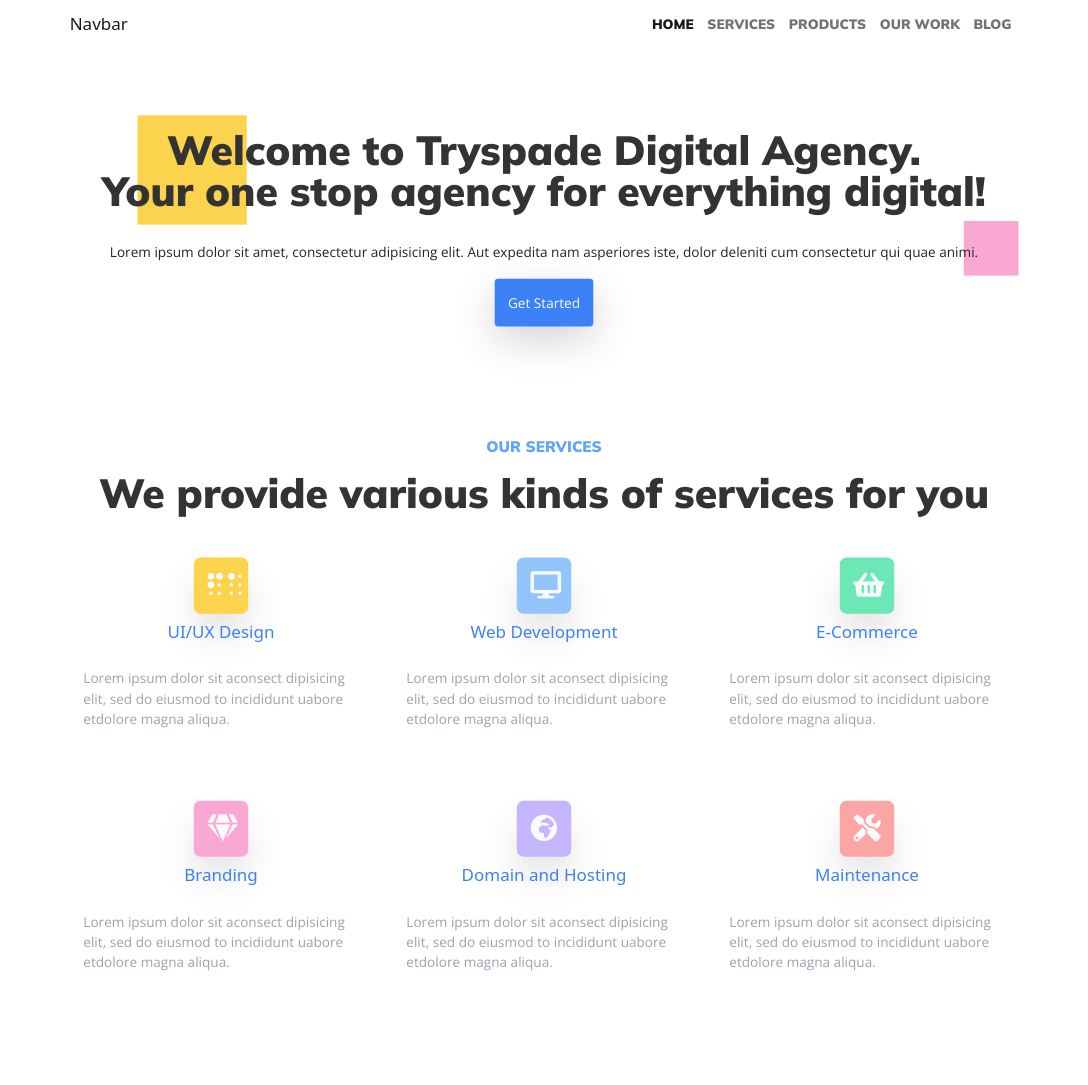
Repository: latenightsnacc/super-octo-fortnight
Page: index.html
These files come from the project's save history. The page is drawn as it stood at one moment and after the next save; the edit follows.
The browser window is 1280 px wide. The pictures show the whole page, at 85% of full size.
Some web libraries are served in a nearby version. The style sheet was rebuilt from its Sass, Less or Tailwind sources for each picture, by a compiler version that may differ from the author's.

Above is the page before, as saved 2021-01-29 13:44:13.

### index.html
<!DOCTYPE html>
<html lang="en">
<head>
    <meta charset="UTF-8">
    <meta name="viewport" content="width=device-width, initial-scale=1.0">
    <!--Tailwind 2.0.2-->
    <link href="https://cdnjs.cloudflare.com/ajax/libs/tailwindcss/2.0.2/tailwind.min.css" rel="stylesheet">
    <!--Font Awesome 5.15.1-->
    <link rel="stylesheet" href="https://cdnjs.cloudflare.com/ajax/libs/font-awesome/5.15.1/css/all.min.css" integrity="sha512-+4zCK9k+qNFUR5X+cKL9EIR+ZOhtIloNl9GIKS57V1MyNsYpYcUrUeQc9vNfzsWfV28IaLL3i96P9sdNyeRssA==" crossorigin="anonymous" />
    <!-- Bootstrap 5.0.0 Beta-->
    <link href="https://cdn.jsdelivr.net/npm/bootstrap@5.0.0-beta1/dist/css/bootstrap.min.css" rel="stylesheet" integrity="sha384-giJF6kkoqNQ00vy+HMDP7azOuL0xtbfIcaT9wjKHr8RbDVddVHyTfAAsrekwKmP1" crossorigin="anonymous" />
    <!-- UIkit CSS -->
    <link rel="stylesheet" href="https://cdn.jsdelivr.net/npm/uikit@3.6.9/dist/css/uikit.min.css" />
    <link rel="apple-touch-icon" sizes="180x180" href="/apple-touch-icon.png">
    <link rel="icon" type="image/png" sizes="32x32" href="/favicon-32x32.png">
    <link rel="icon" type="image/png" sizes="16x16" href="/favicon-16x16.png">
    <link rel="manifest" href="/site.webmanifest">
    <!--Custom Stylesheet-->
    <link rel="stylesheet" href="stylesheet/stylesheet.css">
    <title>TrySpade - Digital Agency</title>
</head>
<body class="overflow-x-hidden min-h-screen" >
    <main class="w-full mx-auto">
        <header>
            <nav class="navbar navbar-expand-lg navbar-light bg-transparent fixed-top">
                <div class="container">
                  <a class="navbar-brand" href="#">Navbar</a>
                  <button class="navbar-toggler" type="button" data-bs-toggle="collapse" data-bs-target="#navbarSupportedContent" aria-controls="navbarSupportedContent" aria-expanded="false" aria-label="Toggle navigation">
                    <span class="navbar-toggler-icon"></span>
                  </button>
                  <div class="collapse navbar-collapse" id="navbarSupportedContent">
                    <ul class="navbar-nav ml-auto mb-2 mb-lg-0">
                        <li class="nav-item">
                            <a class="nav-link active text-base uppercase" aria-current="page" href="#">Home</a>
                        </li>
                        <li class="nav-item">
                            <a class="nav-link text-base uppercase" href="#">services</a>
                        </li>
                        <li class="nav-item">
                            <a class="nav-link text-base uppercase" href="#">products</a>
                        </li>
                        <li class="nav-item">
                            <a class="nav-link text-base uppercase" href="#">our work</a>
                        </li>
                        <li class="nav-item">
                            <a class="nav-link text-base uppercase" href="#">blog</a>
                        </li>

                    </ul>
                  </div>
                </div>
            </nav>
        </header>
        <!--Banner-->
        <section id="banner" class="w-full h-80 mt-24 py-10">
            <div class="container">
                <div class="relative flex flex-col items-center h-auto">
                    <div class="z-10 text-black text-2xl text-center title"></div>
                    <h1 class="z-10 text-center my-3 leading-10 text-4xl md:text-5xl">Welcome to Tryspade Digital Agency. <br/>Your one stop agency for everything digital!</h1>
                    <p class="z-10 text-center">Lorem ipsum dolor sit amet, consectetur adipisicing elit. Aut expedita nam asperiores iste, dolor deleniti cum consectetur qui quae animi.</p>
                    <!--BOXES-->
                    <div class=" absolute top-0 left-20">
                        <div class="z-0 border-2 border-yellow-300 bg-yellow-300 w-32 h-32"></div>
                    </div>

                    <div class="absolute top-50 right-0">
                        <div class="z-0 border-2 border-pink-300 bg-pink-300 w-16 h-16"></div>
                    </div>
                    <div class="flex justify-center">
                        <button class="bg-blue-500 p-3 font-lg text-gray-50 shadow-lg rounded focus:outline-none hover:bg-blue-700">Get Started</button>
                    </div>
                </div>
            </div>
        </section>
        <!--SERVICES-->
        <section id="services" class="my-20">
            <div class="container">
                <div class="section-title text-center py-3">
                    <p class="text-blue-400 text-sm uppercase text-lg uppercase mb-3 title">our services</p>
                    <h2 class=" my-1 font-bold text-4xl md:text-5xl">We provide various kinds of services for you</h2>
                </div>
                <div class="row flex justify-center" uk-scrollspy="cls: uk-animation-fade; target: .icon; delay: 500; repeat: true">
                    <div class="col-xs-12 col-sm-12 col-md-4 col-lg-4 col-xl-4">
                        <a class="no-underline hover:no-underline" href="ui-ux.html">
                            <div class="group max-w-sm mx-auto  rounded-xl p-3 m-3  hover:shadow-2xl" >
                                <div class="text-center text-gray-50 flex justify-center">
                                    <div class="shadow-2xl  rounded-lg  w-16 icon p-3 bg-yellow-300 group-hover:shadow-none" uk-scrollspy="cls: uk-animation-fade; repeat: true">
                                        <i class="fas fa-braille fa-2x"></i>
                                    </div>
                                </div>
                                <div class="text-center text-xl bold  py-2 text-blue-500 ">UI/UX Design</div>

                                <p class="text-md text-gray-400 ">Lorem ipsum dolor sit aconsect dipisicing elit, sed do eiusmod to incididunt uabore etdolore magna aliqua.</p>
                            </div>
                        </a>
                    </div>
                    <div class="col-xs-12 col-sm-12 col-md-4 col-lg-4 col-xl-4">
                        <a class="no-underline hover:no-underline" href="web-development.html">
                            <div class="group max-w-sm mx-auto  rounded-xl p-3 m-3  hover:shadow-2xl">
                                <div class="text-center text-gray-50 flex justify-center">
                                    <div class="shadow-2xl rounded-lg  w-16 icon p-3 bg-blue-300 group-hover:shadow-none">
                                        <i class="fas fa-desktop fa-2x"></i>
                                    </div>
                                </div>
                                <div class="text-center text-xl bold  py-2 text-blue-500 ">Web Development</div>

                                <p class="text-md text-gray-400 ">Lorem ipsum dolor sit aconsect dipisicing elit, sed do eiusmod to incididunt uabore etdolore magna aliqua.</p>
                            </div>
                        </a>
                    </div>
                    <div class="col-xs-12 col-sm-12 col-md-4 col-lg-4 col-xl-4">
                        <a class="no-underline hover:no-underline" href="e-commerce.html">
                            <div class="group max-w-sm mx-auto  rounded-xl p-3 m-3  hover:shadow-2xl">
                                <div class="text-center text-gray-50 flex justify-center">
                                    <div class="shadow-2xl rounded-lg  w-16 icon p-3 bg-green-300 group-hover:shadow-none">
                                        <i class="fas fa-shopping-basket fa-2x"></i>
                                    </div>
                                </div>
                                <div class="text-center text-xl bold  py-2 text-blue-500 ">E-Commerce</div>

                                <p class="text-md text-gray-400 ">Lorem ipsum dolor sit aconsect dipisicing elit, sed do eiusmod to incididunt uabore etdolore magna aliqua.</p>
                            </div>
                        </a>
                    </div>
                    <div class="col-xs-12 col-sm-12 col-md-4 col-lg-4 col-xl-4">
                        <a class="no-underline hover:no-underline" href="branding.html">
                            <div class="group max-w-sm mx-auto  rounded-xl p-3 m-3  hover:shadow-2xl">
                                <div class="text-center text-gray-50 flex justify-center">
                                    <div class="shadow-2xl rounded-lg  w-16 icon p-3 bg-pink-300 group-hover:shadow-none">
                                        <i class="fas fa-gem fa-2x"></i>
                                    </div>
                                </div>
                                <div class="text-center text-xl bold  py-2 text-blue-500 ">Branding</div>

                                <p class="text-md text-gray-400 ">Lorem ipsum dolor sit aconsect dipisicing elit, sed do eiusmod to incididunt uabore etdolore magna aliqua.</p>
                            </div>
                        </a>
                    </div>
                    <div class="col-xs-12 col-sm-12 col-md-4 col-lg-4 col-xl-4">
                        <a class="no-underline hover:no-underline" href="domain-hosting.html">
                            <div class="group max-w-sm mx-auto  rounded-xl p-3 m-3  hover:shadow-2xl">
                                <div class="text-center text-gray-50 flex justify-center">
                                    <div class="shadow-2xl rounded-lg  w-16 icon p-3 bg-purple-300 group-hover:shadow-none">
                                        <i class="fas fa-globe-africa fa-2x"></i>
                                    </div>
                                </div>
                                <div class="text-center text-xl bold  py-2 text-blue-500 ">Domain and Hosting</div>

                                <p class="text-md text-gray-400 ">Lorem ipsum dolor sit aconsect dipisicing elit, sed do eiusmod to incididunt uabore etdolore magna aliqua.</p>
                            </div>
                        </a>
                    </div>
                    <div class="col-xs-12 col-sm-12 col-md-4 col-lg-4 col-xl-4">
                        <a class="no-underline hover:no-underline" href="maintenance.html">
                            <div class="group max-w-sm mx-auto  rounded-xl p-3 m-3  hover:shadow-2xl">
                                <div class="text-center text-gray-50 flex justify-center">
                                    <div class="shadow-2xl rounded-lg  w-16 icon p-3 bg-red-300 group-hover:shadow-none">
                                        <i class="fas fa-tools fa-2x"></i>
                                    </div>
                                </div>
                                <div class="text-center text-xl bold  py-2 text-blue-500 ">Maintenance</div>

                                <p class="text-md text-gray-400 ">Lorem ipsum dolor sit aconsect dipisicing elit, sed do eiusmod to incididunt uabore etdolore magna aliqua.</p>
                            </div>
                        </a>
                    </div>
                </div>
            </div>
        </section>
        <!-- <svg xmlns="http://www.w3.org/2000/svg" viewBox="0 0 1440 320"><path fill="#0099ff" fill-opacity="1" d="M0,320L48,282.7C96,245,192,171,288,122.7C384,75,480,53,576,69.3C672,85,768,139,864,170.7C960,203,1056,213,1152,208C1248,203,1344,181,1392,170.7L1440,160L1440,0L1392,0C1344,0,1248,0,1152,0C1056,0,960,0,864,0C768,0,672,0,576,0C480,0,384,0,288,0C192,0,96,0,48,0L0,0Z"></path></svg> -->
        <!-- <svg xmlns="http://www.w3.org/2000/svg" viewBox="0 0 1440 320"><path fill="#0099ff" fill-opacity="1" d="M0,64L48,96C96,128,192,192,288,213.3C384,235,480,213,576,170.7C672,128,768,64,864,42.7C960,21,1056,43,1152,64C1248,85,1344,107,1392,117.3L1440,128L1440,0L1392,0C1344,0,1248,0,1152,0C1056,0,960,0,864,0C768,0,672,0,576,0C480,0,384,0,288,0C192,0,96,0,48,0L0,0Z"></path></svg> -->
    </main>
    <!-- UIkit JS -->
    <script src="https://cdn.jsdelivr.net/npm/uikit@3.6.9/dist/js/uikit.min.js"></script>
    <script src="https://cdn.jsdelivr.net/npm/uikit@3.6.9/dist/js/uikit-icons.min.js"></script>
    <script src="https://cdn.jsdelivr.net/npm/bootstrap@5.0.0-beta1/dist/js/bootstrap.bundle.min.js" integrity="sha384-ygbV9kiqUc6oa4msXn9868pTtWMgiQaeYH7/t7LECLbyPA2x65Kgf80OJFdroafW" crossorigin="anonymous"></script>
    <!-- Start of HubSpot Embed Code -->
  <script type="text/javascript" id="hs-script-loader" async defer src="//js.hs-scripts.com/9284931.js"></script>
  <!-- End of HubSpot Embed Code -->
</body>
</html>

### Stylesheet/stylesheet.scss
@import 'variables';
@import 'bg';

h1, h2, h3, h4, h5, h6, .nav-link, button, .title {
    font-family: $fontBold;
}
p, button {
    font-family: $fontRegular;
}

### Stylesheet/_variables.scss
@import url('https://fonts.googleapis.com/css2?family=Mulish:wght@900&family=Open+Sans&display=swap');

$fontBold: 'Mulish', sans-serif;
$fontRegular:'Open Sans', sans-serif;
$white: white;

### Stylesheet/bg.scss
.background {
    background-color: white;
    position: relative;
    min-height: 100vh;
    min-width:100vw;
    overflow-x: hidden;

  .wrapper{
    z-index: 1;
  }


  .cube {
    position: absolute;
    top: 80vh;
    left: 45vw;
    width: 10px;
    height: 10px;
    border: solid 1px darken(lightgrey, 10%);
    transform-origin: top left;
    transform: scale(0) rotate(0deg) translate(-50%, -50%);
    animation: cube 12s ease-in forwards infinite;

    &:nth-child(2n) {
      border-color: lighten(lightgrey, 10%);
    }

    &:nth-child(2) {
      animation-delay: 2s;
      left: 25vw;
      top: 40vh;
    }

    &:nth-child(3) {
      animation-delay: 4s;
      left: 75vw;
      top: 50vh;
    }

    &:nth-child(4) {
      animation-delay: 6s;
      left: 90vw;
      top: 10vh;
    }

    &:nth-child(5) {
      animation-delay: 8s;
      left: 10vw;
      top: 85vh;
    }

    &:nth-child(6) {
      animation-delay: 10s;
      left: 50vw;
      top: 10vh;
    }


}

@keyframes cube {
        from {
        transform: scale(0) rotate(0deg) translate(-50%, -50%);
        opacity: 1;
        }
        to {
        transform: scale(20) rotate(960deg) translate(-50%, -50%);
        opacity: 0;
        }
    }
}

After the next save:
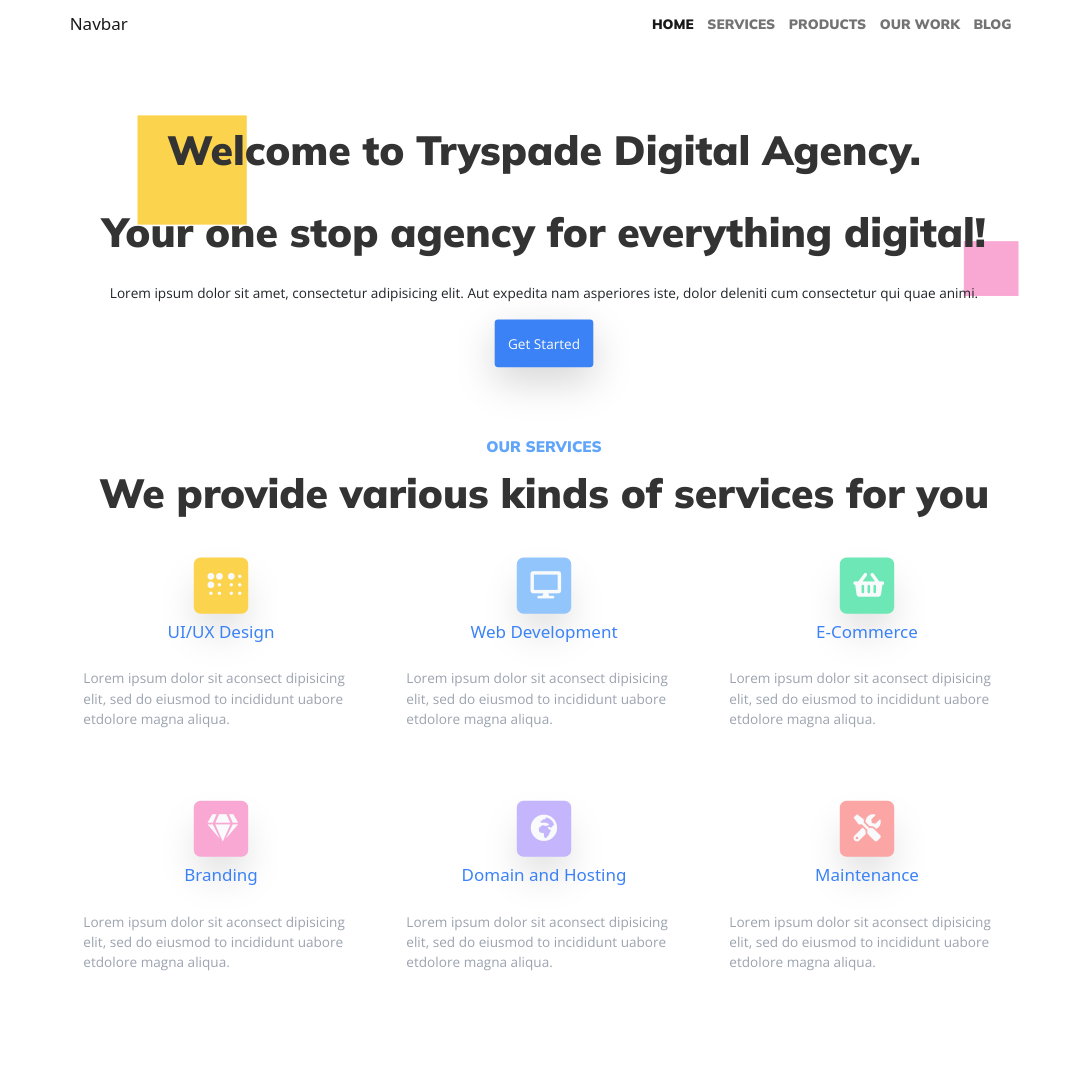
Saved 15 s later.
--- a/index.html
+++ b/index.html
@@ -56,7 +56,7 @@
             <div class="container">
                 <div class="relative flex flex-col items-center h-auto">
                     <div class="z-10 text-black text-2xl text-center title"></div>
-                    <h1 class="z-10 text-center my-3 leading-10 text-4xl md:text-5xl">Welcome to Tryspade Digital Agency. <br/>Your one stop agency for everything digital!</h1>
+                    <h1 class="z-10 text-center my-3 leading-10 text-4xl md:text-5xl">Welcome to Tryspade Digital Agency. <br/><br/>Your one stop agency for everything digital!</h1>
                     <p class="z-10 text-center">Lorem ipsum dolor sit amet, consectetur adipisicing elit. Aut expedita nam asperiores iste, dolor deleniti cum consectetur qui quae animi.</p>
                     <!--BOXES-->
                     <div class=" absolute top-0 left-20">
